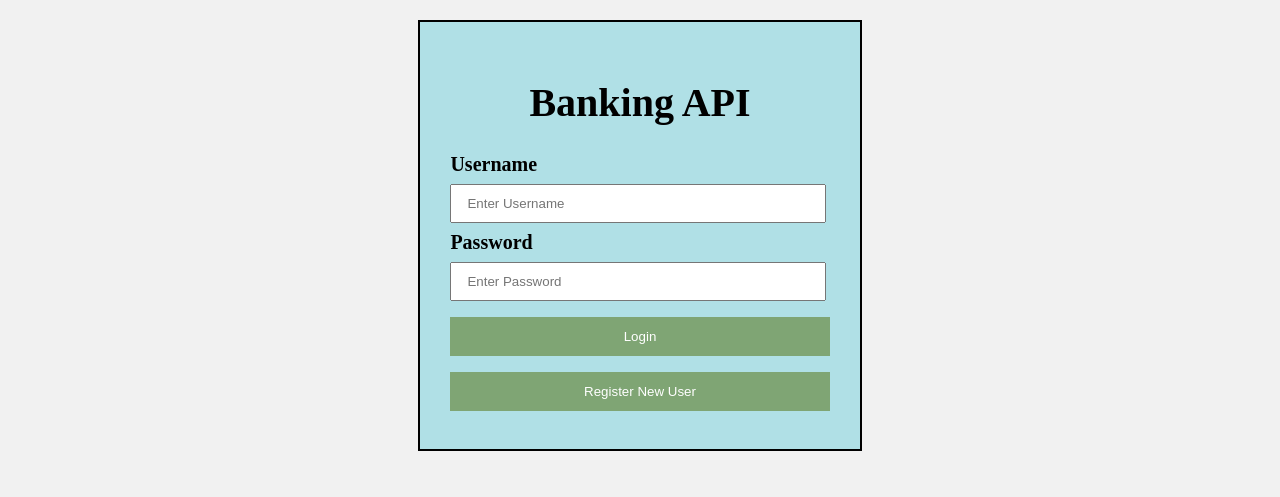
Repository: kennyufish/Revature_ROCP1_Project_Banking_API
Page: banking_api/src/main/webapp/index.html
An editor plug-in stored every save of this project. The page is shown before and after the next save, followed by the edit.
The browser window is 1280 px wide. The pictures show the whole page.

Above is the page before, as saved 2020-10-10 22:36:35.

### banking_api/src/main/webapp/index.html
<!DOCTYPE html>
<html>
<head>
<meta charset="ISO-8859-1">
<title>Banking API Login</title>
<style>
.topNoticeGreen {
	color: black;
	background-color: green;
	width: 100%;
	padding: 20px;
	text-align: center;
}

.loginLayout {
	font-size:20px;
	background-color: powderblue;
	border: 2px solid black;
	padding: 30px;
	width: 30%;
	margin: 20px auto;
}
input[type=text],input[type=password]{
	width:90%;
	padding:10px 15px;
	margin:8px 0;
	display:inline-block;
	boxing-sizing:border-box;
}

button{
	background-color:#7FA574;
	color:white;
	padding: 12px 10px;
	margin: 8px 0;
	border:none;
	cursor:pointer;
	width:100%;
}

button:hover{
opacity:0.7}


</style>
</head>
<body style="background-color: #f1f1f1">
	<div class="loginLayout">
		<h1 align="center">Banking API</h1>
		<form action="loginUser" method='post'>
			<label for="username"><b>Username</b></label>
			<input type="text" name="username" placeholder="Enter Username" required>
			<label for="password"><b>Password</b></label>
			<input type="password" name="password" placeholder="Enter Password" required>
		 <button type="submit">Login</button>
		</form>

		<form action="registerNewUser">
			<button>Register New User</button>
		</form>
	</div>
</body>
</html>

After the next save:
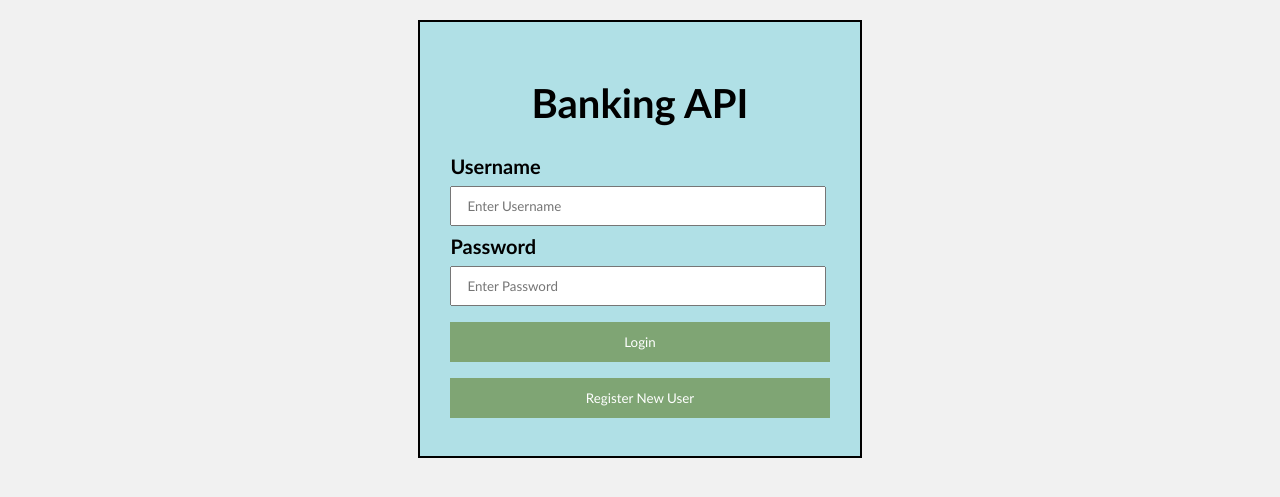
Saved 46 s later.
--- a/banking_api/src/main/webapp/index.html
+++ b/banking_api/src/main/webapp/index.html
@@ -4,6 +4,8 @@
 <meta charset="ISO-8859-1">
 <title>Banking API Login</title>
 <style>
+* {font-family: "Trebuchet MS", Arial, Helvetica, sans-serif;
+}
 .topNoticeGreen {
 	color: black;
 	background-color: green;
